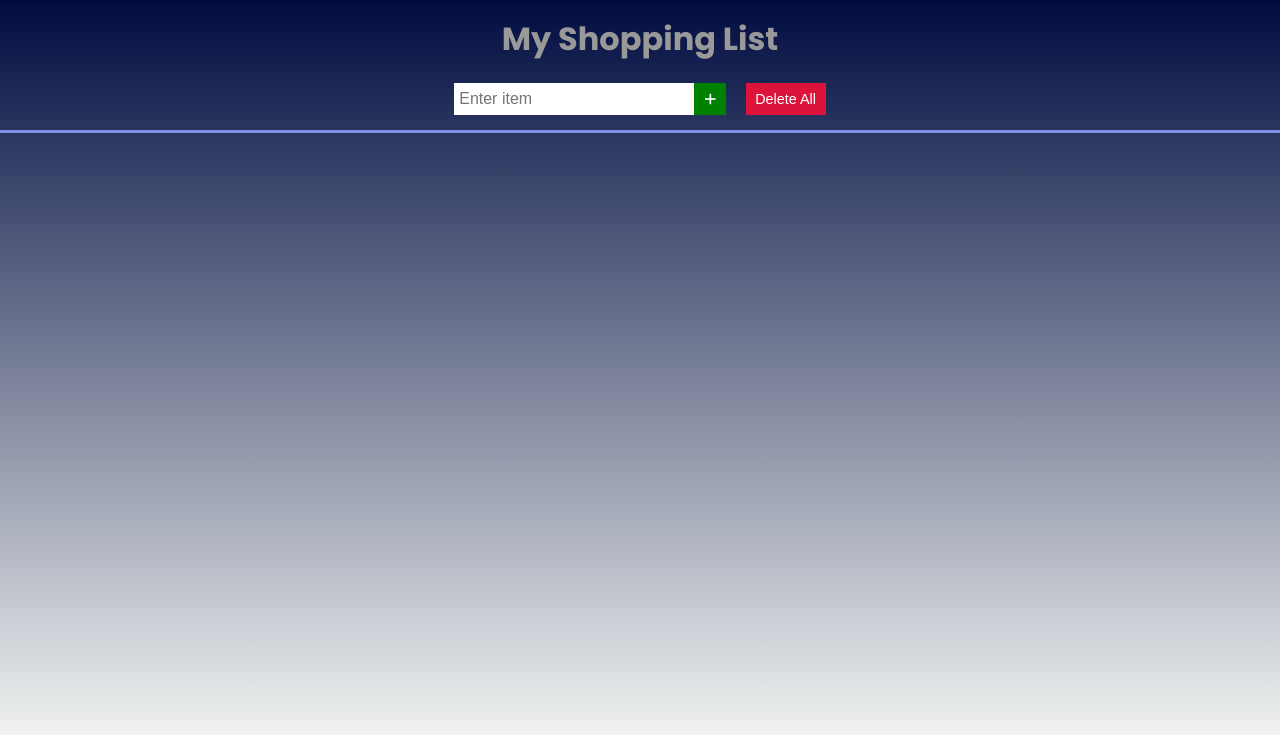
Repository: SaadYasin/shopping-list01-js
Page: index.html
An editor plug-in stored every save of this project. The page is shown before and after the next save, followed by the edit.
The browser window is 1280 px wide. The pictures show the whole page.
The pointer rests on the first visible `.btn-add-item`.

Above is the page before, as saved 2021-12-06 19:02:44.

After the next save:
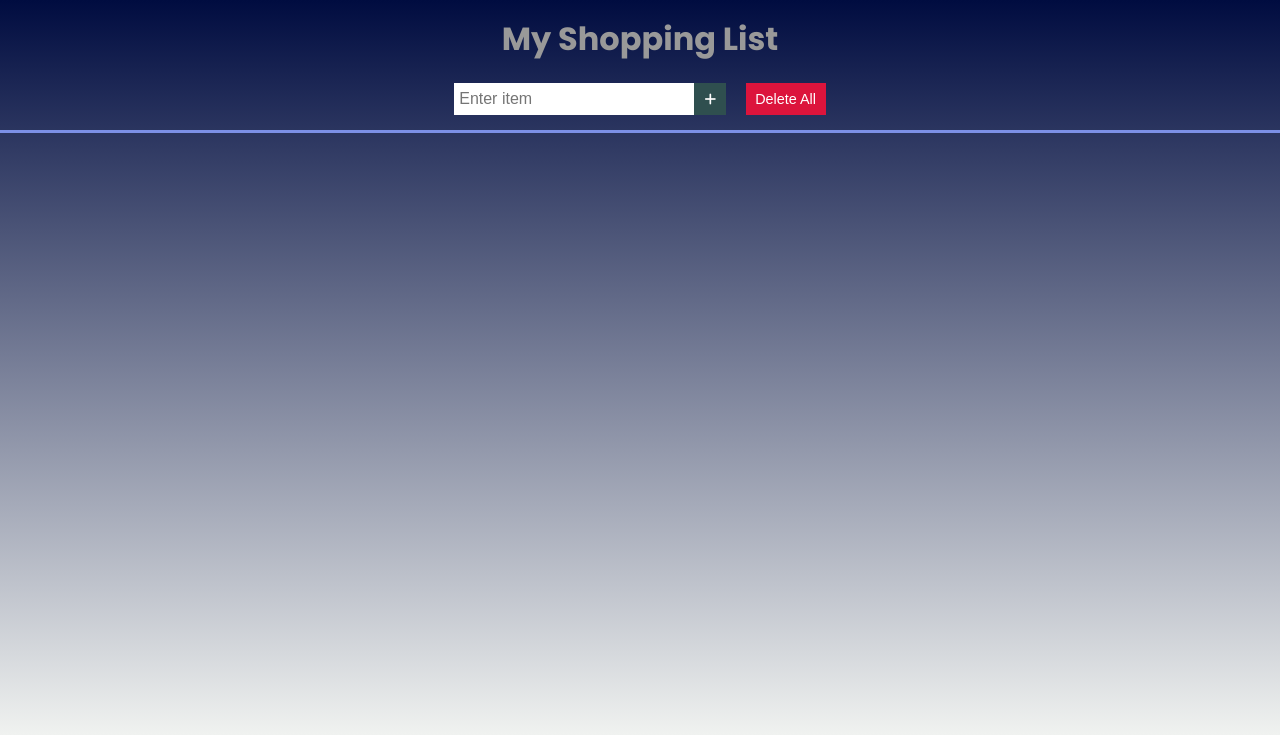
Saved 13 s later.
--- a/styles.css
+++ b/styles.css
@@ -45,7 +45,7 @@ form {
 }
 
 .btn-add-item:hover {
-    background: darker;
+    background: darkslategray;
 
 }
 
